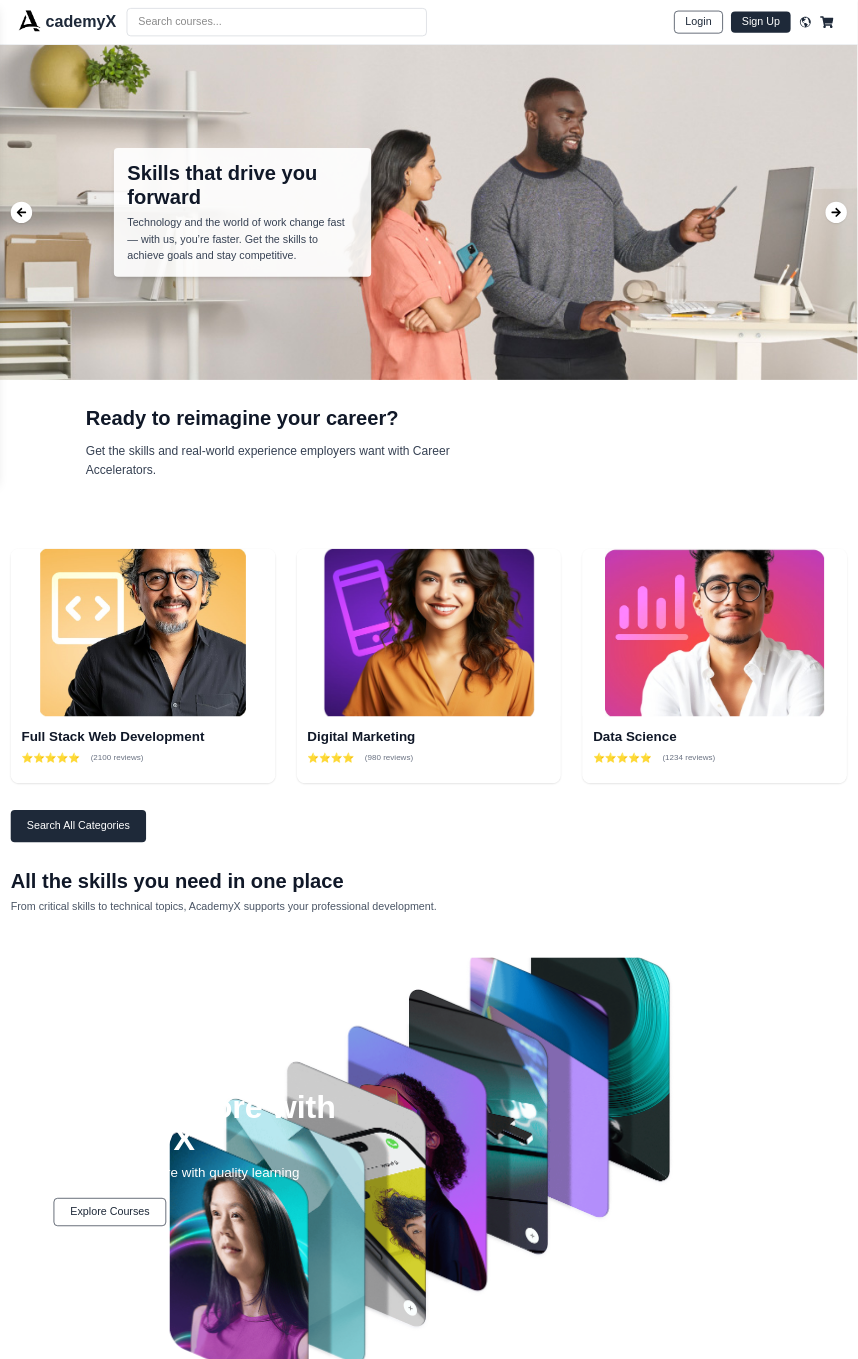
Repository: MohamedSalah54/full-stack-e-learning
Page: / (app in frontend/)
These files come from the project's save history. The page is drawn as it stood at one moment and after a run of saves; the edit follows.
The browser window is 1280 px wide. The pictures show the whole page, at 67% of full size.
The project was rebuilt for these pictures with package versions that can differ from the ones it lists, and the page was loaded fresh each time. The framework's server and built-in components were replaced by stand-ins that run in the browser. Also part of the build but not shown: frontend/next.config.ts.

Above is the page before, as saved 2025-06-15 15:29:48.

After the next 3 saves:
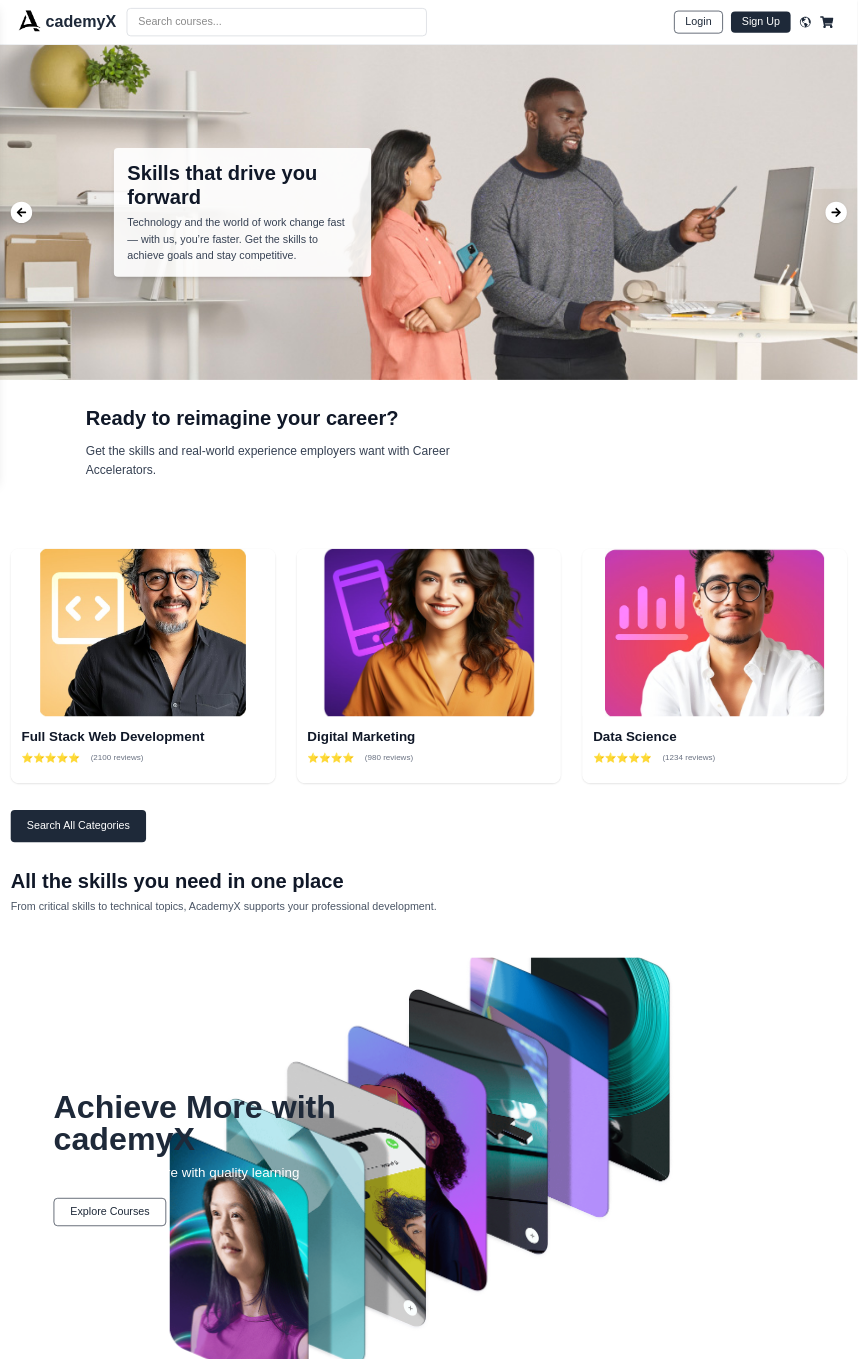
The 3 saves are shown as one change because they came seconds apart.
The last was saved 8 s later.
--- a/frontend/src/components/home/HeroBannerFixed.tsx
+++ b/frontend/src/components/home/HeroBannerFixed.tsx
@@ -16,7 +16,7 @@
       {/* Overlay Content */}
       <div className="absolute inset-0 flex items-center justify-start px-6 md:px-20">
         <div className="text-white max-w-md">
-          <h1 className="text-3xl md:text-5xl font-bold mb-3 tx">Achieve More with cademyX</h1>
+          <h1 className="text-3xl md:text-5xl font-bold mb-3 text-gray-800">Achieve More with cademyX</h1>
           <span className="block text-lg md:text-xl mb-6">Empower your future with quality learning</span>
           <button className="px-6 py-2 border border-gray-800 text-gray-800 bg-white rounded-md hover:bg-gray-100 transition">
             Explore Courses
